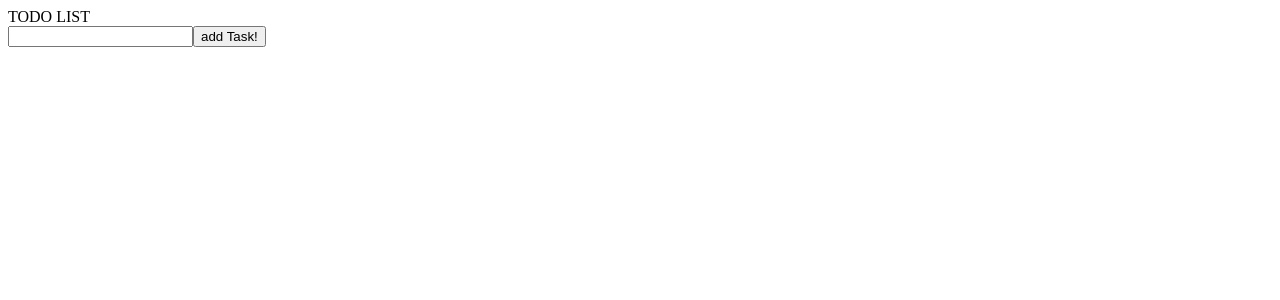
Repository: WistreHosshii/hacathon_todolList
Page: /
The author's editor kept a copy of each file at every save. The page is drawn from the files as they stood at one save, then again after the next save.
The browser window is 1280 px wide. The pictures show the whole page.
The project was rebuilt for these pictures with package versions that can differ from the ones it lists, and the page was loaded fresh each time.

Above is the page before, as saved 2019-06-09 15:33:10.

### index.html
<!DOCTYPE html>
<html lang="ja">

<head>
    <meta charset="UTF-8">
    <meta name="viewport" content="width=device-width, initial-scale=1.0">
    <meta http-equiv="X-UA-Compatible" content="ie=edge">
    <title>Document</title>
</head>

<body>
    <div id="root"></div>
    <script src="./index.tsx"></script>
</body>

</html>

### App.tsx
import React, { Component } from 'react';

interface Props {}
interface State {
  todos: Todo[];
  value: string;
}

export default class App extends Component<Props, State> {
  constructor(props: any) {
    super(props);
    this.state = {
      todos: [],
      value: '',
    };
    this.handleChange = this.handleChange.bind(this);
  }

  render() {
    return (
      <div>
        <div className="todoList">
          <div className="title">TODO LIST</div>
          <div className="contents">
            <table>
              {/* <tr>
                <th>完了</th>
                <th>未完了</th>
              </tr> */}
              <tr>
                {this.state.todos.map(todo => {
                  return (
                    <tr>
                      <td>{todo.content}</td>
                    </tr>
                  );
                })}
              </tr>
            </table>
          </div>
          <div className="computeTaskWrapper">
            <input type="text" value={this.state.value} onChange={this.handleChange} />
            <button
              className="btn"
              onClick={() => {
                this.addTaskHandler();
              }}
            >
              add Task!
            </button>
          </div>
        </div>
      </div>
    );
  }
  addTaskHandler() {
    this.state.todos.push({ id: '', content: this.state.value, createdAt: '' });
    this.setState({ value: '' });
  }
  handleChange(event: any) {
    if (event.target.value != null) {
      this.setState({ value: event.target.value });
    }
  }
}

Loaded but not shown: index.tsx (common file); index.css (common file)

After the next save:
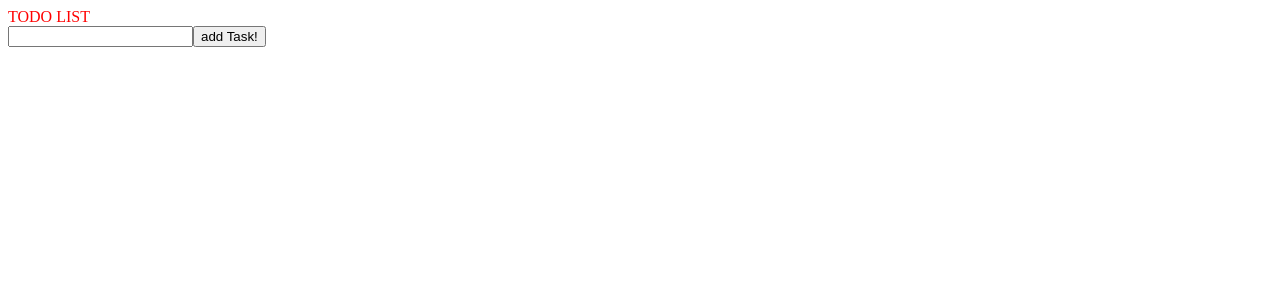
Saved 2 min 26 s later.
--- a/index.html
+++ b/index.html
@@ -6,6 +6,7 @@
     <meta name="viewport" content="width=device-width, initial-scale=1.0">
     <meta http-equiv="X-UA-Compatible" content="ie=edge">
     <title>Document</title>
+    <link rel="stylesheet" href="./index.css">
 </head>
 
 <body>
